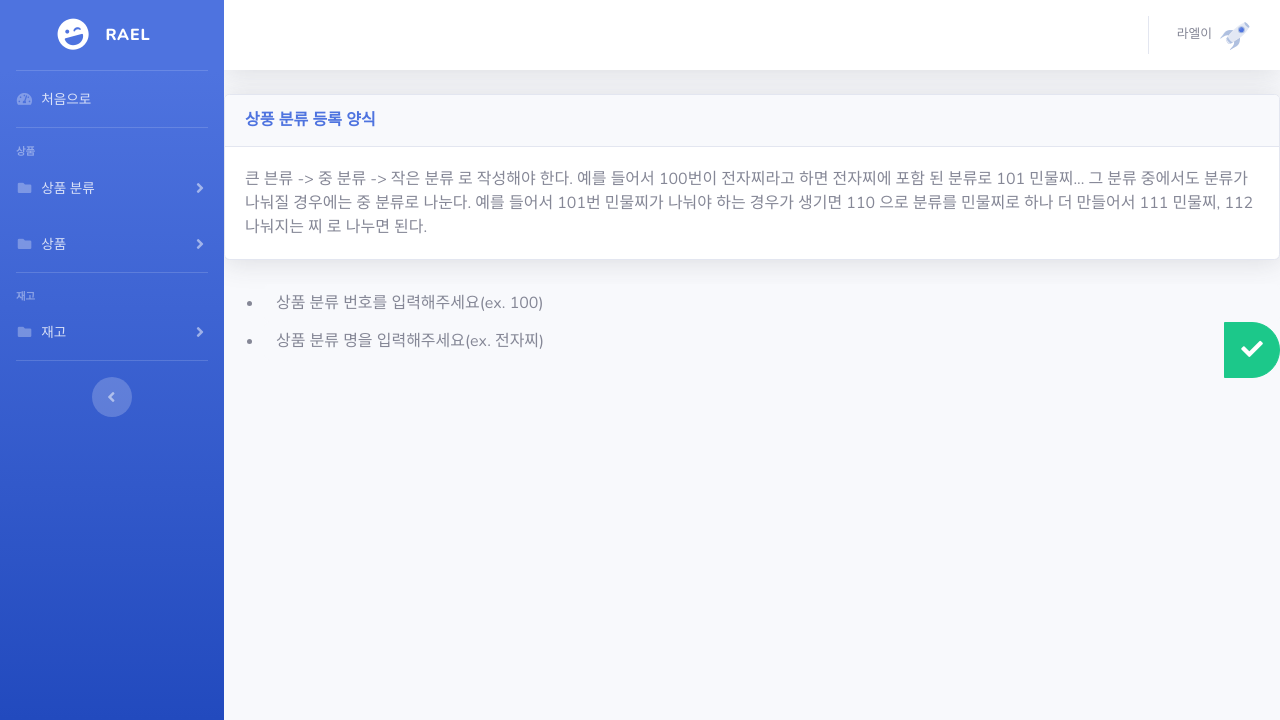
Repository: sww232/springRaelProject
Page: http://localhost/rael/WEB-INF/views/product/category_insert.jsp
These files come from the project's save history. The page is drawn as it stood at one moment and after the next save; the edit follows.
The browser window is 1280 px wide. The pictures show the whole page.
The page is served by Tomcat 9. Nobody is signed in. Other server files are loaded and not shown. The template is opened directly, without the code that normally fills it, so the values that code supplies are empty.

Above is the page before, as saved 2022-10-06 18:42:18.

### raelproject3/rael/src/main/webapp/WEB-INF/views/product/category_insert.jsp
<%@ page language="java" contentType="text/html; charset=UTF-8" pageEncoding="UTF-8"%>
<%@ taglib uri="http://java.sun.com/jsp/jstl/core" prefix="c" %>
<%@ taglib prefix="sql" uri="http://java.sun.com/jsp/jstl/sql" %>
<%@ taglib prefix="fmt" uri="http://java.sun.com/jsp/jstl/fmt" %>
<!DOCTYPE html>
<html>
<head>
	    <meta name="viewport" content="width=device-width, initial-scale=1, shrink-to-fit=no">
	    <meta name="description" content="">
	    <meta name="author" content="">
	    <meta charset="UTF-8">
			<title>메인</title>

		<link href="/vendor/fontawesome-free/css/all.min.css" rel="stylesheet" type="text/css">
	    <link
	        href="https://fonts.googleapis.com/css?family=Nunito:200,200i,300,300i,400,400i,600,600i,700,700i,800,800i,900,900i"
	        rel="stylesheet">

	    <!-- Custom styles for this template -->
	    <link href="/css/sb-admin-2.min.css" rel="stylesheet">
	    <script src="/vendor/jquery/jquery.min.js"></script>
	    <script src="/vendor/bootstrap/js/bootstrap.bundle.min.js"></script>

	    <!-- Core plugin JavaScript-->
	    <script src="/vendor/jquery-easing/jquery.easing.min.js"></script>

	    <!-- Custom scripts for all pages-->
	    <script src="/js/sb-admin-2.min.js"></script>

	    <!-- Page level plugins -->
	    <script src="/vendor/datatables/jquery.dataTables.min.js"></script>
	    <script src="/vendor/datatables/dataTables.bootstrap4.min.js"></script>

	    <!-- Page level custom scripts -->
	    <script src="/js/demo/datatables-demo.js"></script>

	    <!-- Custom styles for this page -->
	    <link href="/vendor/datatables/dataTables.bootstrap4.min.css" rel="stylesheet">

	</head>
	<body id="page-top">
	<form>
		<div class="modal fade" id="moaModal1" tabindex="-1" role="dialog" aria-labelledby="exampleModalLabel" aria-hidden="true">

			<div class="modal-dialog" role="document">
				<div class="modal-content">
					<div class="modal-header">
						<h5 class="modal-title" id="exampleModalLabel">상품 등록을 위한 카테고리 선택</h5>
						<button class="close" type="button" data-dismiss="modal" aria-label="Close">
							<span aria-hidden="true">x</span>
						</button>
						</div>
						<div class="modal-body">
							<select name="categoryBox1" id="categoryBox1">
								<option value="defaultValue" selected></option>
								<c:forEach var="list" items="${categorynums}">
									<option value="${list}">
										${list}
									</option>
								</c:forEach>
							</select>
						</div>
					<div class="modal-footer">
						<button class="btn btn-primary" type="button" data-dismiss="modal">Cancel</button>
						<button class="btn btn-primary" type="submit" formaction="/product/product_insert">Choice</button>
					</div>
				</div>
			</div>
		</div>
		<div class="modal fade" id="moaModal2" tabindex="-1" role="dialog" aria-labelledby="exampleModalLabel" aria-hidden="true">

			<div class="modal-dialog" role="document">
				<div class="modal-content">
					<div class="modal-header">
						<h5 class="modal-title" id="exampleModalLabel">상품 추가 등록을 위한 카테고리 선택</h5>
						<button class="close" type="button" data-dismiss="modal" aria-label="Close">
							<span aria-hidden="true">x</span>
						</button>
						</div>
						<div class="modal-body">
							<select name="categoryBox2" id="categoryBox2">
								<option value="defaultValue" selected></option>
								<c:forEach var="list" items="${categorynums}">
									<option value="${list}">
										${list}
									</option>
								</c:forEach>
							</select>
						</div>
					<div class="modal-footer">
						<button class="btn btn-primary" type="button" data-dismiss="modal">Cancel</button>
						<button class="btn btn-primary" type="submit" formaction="/product/product_insert_detail">Choice</button>
					</div>
				</div>
			</div>
		</div>
		<div class="modal fade" id="moaModal3" tabindex="-1" role="dialog" aria-labelledby="exampleModalLabel" aria-hidden="true">

			<div class="modal-dialog" role="document">
				<div class="modal-content">
					<div class="modal-header">
						<h5 class="modal-title" id="exampleModalLabel">상품명/상세정보 수정을 위한 카테고리 선택</h5>
						<button class="close" type="button" data-dismiss="modal" aria-label="Close">
							<span aria-hidden="true">x</span>
						</button>
						</div>
						<div class="modal-body">
							<select name="categoryBox3" id="categoryBox3">
								<option value="defaultValue" selected></option>
								<c:forEach var="list" items="${categorynums}">
									<option value="${list}">
										${list}
									</option>
								</c:forEach>
							</select>
						</div>
					<div class="modal-footer">
						<button class="btn btn-primary" type="button" data-dismiss="modal">Cancel</button>
						<button class="btn btn-primary" type="submit" formaction="/product/product_update">Choice</button>
					</div>
				</div>
			</div>
		</div>
	</form>
	<div id="wrapper">
		 <ul class="navbar-nav bg-gradient-primary sidebar sidebar-dark accordion" id="accordionSidebar">

            <!-- Sidebar - Brand -->
            <a class="sidebar-brand d-flex align-items-center justify-content-center" href="/">
                <div class="sidebar-brand-icon rotate-n-15">
                    <i class="fas fa-laugh-wink"></i>
                </div>
                <div class="sidebar-brand-text mx-3">RAEL</div>
            </a>

            <!-- Divider -->
            <hr class="sidebar-divider my-0">

            <!-- Nav Item - Dashboard -->
            <li class="nav-item">
                <a class="nav-link" href="/">
                    <i class="fas fa-fw fa-tachometer-alt"></i>
                    <span>처음으로</span></a>
            </li>

            <!-- Divider -->
            <hr class="sidebar-divider">

            <!-- Heading -->
            <div class="sidebar-heading">
                상품
            </div>

            <!-- Nav Item - Pages Collapse Menu -->
            <li class="nav-item">
                <a class="nav-link collapsed" href="#" data-toggle="collapse" data-target="#collapseTwo"
                    aria-expanded="true" aria-controls="collapseTwo">
                    <i class="fas fa-fw fa-folder"></i>
                    <span>상품 분류</span>
                </a>
                <div id="collapseTwo" class="collapse" aria-labelledby="headingTwo" data-parent="#accordionSidebar">
                    <div class="bg-white py-2 collapse-inner rounded">
                        <h6 class="collapse-header">상풍 분류 탭</h6>
                        <a class="collapse-item" href="/product/category_select?page=1&recordSize=10&pageSize=10">상품 분류 조회</a>
                        <a class="collapse-item" href="/product/category_insert?insertresult=0">상품 분류 등록</a>
                        <a class="collapse-item" href="/product/category_update">상품 분류 수정</a>
                    </div>
                </div>
            </li>

            <!-- Nav Item - Utilities Collapse Menu -->
            <li class="nav-item">
                <a class="nav-link collapsed" href="#" data-toggle="collapse" data-target="#collapseUtilities"
                    aria-expanded="true" aria-controls="collapseUtilities">
                    <i class="fas fa-fw fa-folder"></i>
                    <span>상품</span>
                </a>
                <div id="collapseUtilities" class="collapse" aria-labelledby="headingUtilities"
                    data-parent="#accordionSidebar">
                    <div class="bg-white py-2 collapse-inner rounded">
                        <h6 class="collapse-header">상품 탭</h6>
                        <a class="collapse-item" href="/product/all_select?page=1&recordSize=10&pageSize=10">상품 조회</a>
                        <a class="collapse-item" href="#" data-toggle="modal" data-target="#moaModal1">
							<i class="fas fa-arrow-right"></i>상품 등록
						</a>
						<a class="collapse-item" href="#" data-toggle="modal" data-target="#moaModal2">
							<i class="fas fa-arrow-right"></i>상품 추가 등록
						</a>
						<a class="collapse-item" href="#" data-toggle="modal" data-target="#moaModal3">
							<i class="fas fa-arrow-right"></i>상품명/상세정보 수정
						</a>
                    </div>
                </div>
            </li>

            <!-- Divider -->
            <hr class="sidebar-divider">

            <!-- Heading -->
            <div class="sidebar-heading">
                재고
            </div>

            <!-- Nav Item - Pages Collapse Menu -->
            <li class="nav-item">
                <a class="nav-link collapsed" href="#" data-toggle="collapse" data-target="#collapsePages"
                    aria-expanded="true" aria-controls="collapsePages">
                    <i class="fas fa-fw fa-folder"></i>
                    <span>재고</span>
                </a>
                <div id="collapsePages" class="collapse" aria-labelledby="headingPages" data-parent="#accordionSidebar">
                    <div class="bg-white py-2 collapse-inner rounded">
                        <h6 class="collapse-header">재고</h6>
                        <a class="collapse-item" href="/stock/stock_select?page=1&recordSize=10&pageSize=10">재고 조회 및 입/출고</a>
                        <div class="collapse-divider"></div>
                        <h6 class="collapse-header">재고 입/출고</h6>
                        <a class="collapse-item" href="/stock/stock_history?page=1&recordSize=10&pageSize=10">내역</a>
                        <a class="collapse-item" href="/stock/stock_history_cancel?page=1&recordSize=10&pageSize=10">취소</a>
                    </div>
                </div>
            </li>

            <!-- Divider -->
            <hr class="sidebar-divider d-none d-md-block">

            <!-- Sidebar Toggler (Sidebar) -->
            <div class="text-center d-none d-md-inline">
                <button class="rounded-circle border-0" id="sidebarToggle"></button>
            </div>

        </ul>

        <!-- End of Sidebar -->

        <!-- Content Wrapper -->
        <div id="content-wrapper" class="d-flex flex-column">

            <!-- Main Content -->
            <div id="content">

                <!-- Topbar -->
                <nav class="navbar navbar-expand navbar-light bg-white topbar mb-4 static-top shadow">

                    <!-- Sidebar Toggle (Topbar) -->
                    <form class="form-inline">
                        <button id="sidebarToggleTop" class="btn btn-link d-md-none rounded-circle mr-3">
                            <i class="fa fa-bars"></i>
                        </button>
                    </form>

                    <!-- Topbar Search
                    <form
                        class="d-none d-sm-inline-block form-inline mr-auto ml-md-3 my-2 my-md-0 mw-100 navbar-search">
                        <div class="input-group">
                            <input type="text" class="form-control bg-light border-0 small" placeholder="Search for..."
                                aria-label="Search" aria-describedby="basic-addon2">
                            <div class="input-group-append">
                                <button class="btn btn-primary" type="button">
                                    <i class="fas fa-search fa-sm"></i>
                                </button>
                            </div>
                        </div>
                    </form>
					-->
                    <!-- Topbar Navbar -->
                    <ul class="navbar-nav ml-auto">

                        <!-- Nav Item - Search Dropdown (Visible Only XS) -->
                        <li class="nav-item dropdown no-arrow d-sm-none">
                            <a class="nav-link dropdown-toggle" href="#" id="searchDropdown" role="button"
                                data-toggle="dropdown" aria-haspopup="true" aria-expanded="false">
                                <i class="fas fa-search fa-fw"></i>
                            </a>
                            <!-- Dropdown - Messages -->
                            <div class="dropdown-menu dropdown-menu-right p-3 shadow animated--grow-in"
                                aria-labelledby="searchDropdown">
                                <form class="form-inline mr-auto w-100 navbar-search">
                                    <div class="input-group">
                                        <input type="text" class="form-control bg-light border-0 small"
                                            placeholder="Search for..." aria-label="Search"
                                            aria-describedby="basic-addon2">
                                        <div class="input-group-append">
                                            <button class="btn btn-primary" type="button">
                                                <i class="fas fa-search fa-sm"></i>
                                            </button>
                                        </div>
                                    </div>
                                </form>
                            </div>
                        </li>
                        <div class="topbar-divider d-none d-sm-block"></div>

                        <!-- Nav Item - User Information -->
                        <li class="nav-item dropdown no-arrow">
                            <a class="nav-link dropdown-toggle" href="#" id="userDropdown" role="button"
                                data-toggle="dropdown" aria-haspopup="true" aria-expanded="false">
                                <span class="mr-2 d-none d-lg-inline text-gray-600 small">라엘이</span>
                                <img class="img-profile rounded-circle"
                                    src="img/undraw_rocket.svg">
                            </a>
                            <!-- Dropdown - User Information -->
                            <div class="dropdown-menu dropdown-menu-right shadow animated--grow-in"
                                aria-labelledby="userDropdown">
                                <div class="dropdown-divider"></div>
                                <a class="dropdown-item" href="#" data-toggle="modal" data-target="#logoutModal">
                                    <i class="fas fa-sign-out-alt fa-sm fa-fw mr-2 text-gray-400"></i>
                                    Logout
                                </a>
                            </div>
                        </li>

                    </ul>

                </nav>
    		<!-- End of Topbar -->

			<div class="card shadow mb-4">
				<div class="card-header py-3 d-flex flex-row align-items-center justify-content-between">
					<h6 class="m-0 font-weight-bold text-primary">상풍 분류 등록 양식</h6>
				</div>
				<div class="card-body">

					큰 븐류 -> 중 분류 -> 작은 분류 로 작성해야 한다.
					예를 들어서 100번이 전자찌라고 하면 전자찌에 포함 된 분류로 101 민물찌...
					그 분류 중에서도 분류가 나눠질 경우에는 중 분류로 나눈다.
					예를 들어서 101번 민물찌가 나눠야 하는 경우가 생기면
					110 으로 분류를 민물찌로 하나 더 만들어서
					111 민물찌, 112 나눠지는 찌 로 나누면 된다.

				</div>
			</div>


			<form method="POST" action="/product/category_insert/INSERT">
				<ul>
					<li>
						<div class="input-group">
							<input type="text" class="form-control bg-light border-0 small" name="productcategory num" placeholder="상품 분류 번호를 입력해주세요(ex. 100)">
						</div>
					</li>
					<li>
						<div class="input-group">
							<input type="text" class="form-control bg-light border-0 small" name="productcategory name" placeholder="상품 분류 명을 입력해주세요(ex. 전자찌)">
							<div class="input-group-append">
                                <button type="submit" class="btn btn-success btn-circle btn-lg">
									<i class="fas fa-check"></i>
								</button>
                            </div>
						</div>
					</li>
				</ul>
			</form>

			<c:if test="${insertresult == 1}">
				<script type="text/javascript">
					alert("성공적으로 등록 하였습니다.");
				</script>
			</c:if>
    	</div>

	</div>
</body>
</html>

### raelproject3/rael/src/main/resources/static/img/undraw_rocket.svg
<?xml version="1.0" encoding="utf-8"?>
<!-- Generator: Adobe Illustrator 25.0.0, SVG Export Plug-In . SVG Version: 6.00 Build 0)  -->
<svg version="1.1" id="b759170a-51c3-4e2f-999d-77dec9fd6d11"
	 xmlns="http://www.w3.org/2000/svg" xmlns:xlink="http://www.w3.org/1999/xlink" x="0px" y="0px" viewBox="0 0 650.9 610.5"
	 style="enable-background:new 0 0 650.9 610.5;" xml:space="preserve">
<style type="text/css">
	.st0{fill:#AFC0E0;}
	.st1{opacity:0.2;fill:#FFFFFF;enable-background:new    ;}
	.st2{opacity:0.1;enable-background:new    ;}
	.st3{fill:#E3E8F4;}
	.st4{fill:#4E73DF;}
</style>
<path class="st0" d="M174,321c-2-1.6-4.2-3-6.6-4.2c-51.8-26.2-157,67.8-157,67.8L0,372.7c0,0,42.1-43.8,92.4-117.3
	c45.2-66.1,150.7-51.8,171.4-48.3c2.3,0.4,3.6,0.7,3.6,0.7C298.7,288.3,174,321,174,321z"/>
<path class="st1" d="M269.4,213.9c-0.6-2-1.3-4-2-6c0,0-1.2-0.2-3.6-0.7c-20.7-3.5-126.2-17.8-171.4,48.3C42.1,329,0,372.7,0,372.7
	l5.9,6.7c0,0,42.1-43.8,92.4-117.3C143.3,196.3,248,210.2,269.4,213.9z"/>
<path class="st0" d="M337.7,533.4c-79.2,40.8-127.8,77.1-127.8,77.1l-10.5-11.9c0,0,111.1-96.8,85.3-150.9c-0.5-1.2-1.2-2.3-1.9-3.4
	c0,0,47.9-119.6,123.9-78.5c0,0,0.1,1,0.2,2.9C407.8,387.8,409.7,496.3,337.7,533.4z"/>
<path class="st2" d="M174,321c-2-1.6-4.2-3-6.6-4.2c29.3-38.9,61.5-75.5,96.3-109.7c2.3,0.4,3.6,0.7,3.6,0.7
	C298.7,288.3,174,321,174,321z"/>
<path class="st2" d="M406.9,368.6c-38.6,29.6-79.4,56.1-122.3,79.1c-0.5-1.2-1.2-2.3-1.9-3.4c0,0,47.9-119.6,123.9-78.5
	C406.7,365.7,406.8,366.7,406.9,368.6z"/>
<path class="st3" d="M263.6,455.5c-20.3,10.4-41.6,20.5-64,30.2c-33.6,14.6-51.5-2.2-80.7-91.5c0,0,12.5-22.5,37.2-57
	c54.3-75.8,167.5-209.1,336.1-286.7C542.7,27.1,596.1,10.1,650.9,0c0,0-9.1,68.8-62,160.1S439.1,365.3,263.6,455.5z"/>
<circle class="st0" cx="435.6" cy="199.7" r="71.6"/>
<path class="st4" d="M469.2,237.9c-21,18.6-53.1,16.6-71.7-4.5c-7.8-8.8-12.2-20-12.7-31.8c-0.2-4.7,0.3-9.4,1.4-14
	c0.5-2,1.1-4.1,1.9-6c2.9-7.7,7.7-14.5,13.8-19.9c0.3-0.3,0.6-0.5,0.9-0.8c17.1-14.4,41.5-15.9,60.3-3.8c3.5,2.3,6.7,4.9,9.5,7.9
	l1,1.1C492.2,187.2,490.2,219.3,469.2,237.9C469.2,237.8,469.2,237.9,469.2,237.9z"/>
<path class="st0" d="M588.9,160.1c-83-35.2-96.8-109.6-96.8-109.6C542.7,27,596.1,10.1,650.9,0C650.9,0,641.8,68.8,588.9,160.1z"/>
<path class="st0" d="M263.6,455.5c-13.7,7.1-27.9,13.9-42.6,20.7c-7,3.2-14.1,6.4-21.4,9.5c-10.9,4.7-51.5-2.2-80.7-91.5
	c0,0,4.1-7.3,12.1-20c6.1-9.6,14.5-22.2,25.1-37c0,0,11,33.2,41.1,67.3C215.8,425.7,238.4,443,263.6,455.5z"/>
<path class="st3" d="M221,476.2c-7,3.2-14.1,6.4-21.4,9.5c-10.9,4.7-51.5-2.2-80.7-91.5c0,0,4.1-7.3,12.1-20
	C131,374.2,170.2,456.9,221,476.2z"/>
<path class="st1" d="M463.2,157l-0.1,0l-60.1,3.9c-0.3,0.3-0.6,0.5-0.9,0.8c-6.2,5.4-10.9,12.3-13.8,19.9l84.5-16.6L463.2,157z"/>
<path class="st1" d="M438.8,194.3l-53.9,7.3c-0.2-4.7,0.3-9.4,1.4-14l52.8,1.4L438.8,194.3z"/>
<path class="st1" d="M131.7,408.7c0,0,12.5-22.5,37.2-57C223.2,276,336.4,142.7,504.9,65c45.6-21.1,93.3-36.9,142.5-47.3
	C650.1,6.4,650.9,0,650.9,0c-54.8,10.1-108.2,27-158.7,50.5c-168.6,77.7-281.8,211-336.1,286.7c-24.7,34.4-37.2,57-37.2,57
	c11.5,35.3,26.6,57,40.5,70.3C149.4,451.4,139.7,433.3,131.7,408.7z"/>
</svg>

Loaded but not shown: raelproject3/rael/src/main/resources/static/css/sb-admin-2.min.css (library); raelproject3/rael/src/main/resources/static/js/sb-admin-2.min.js (common file); raelproject3/rael/src/main/resources/static/js/demo/datatables-demo.js (common file)

After the next save:
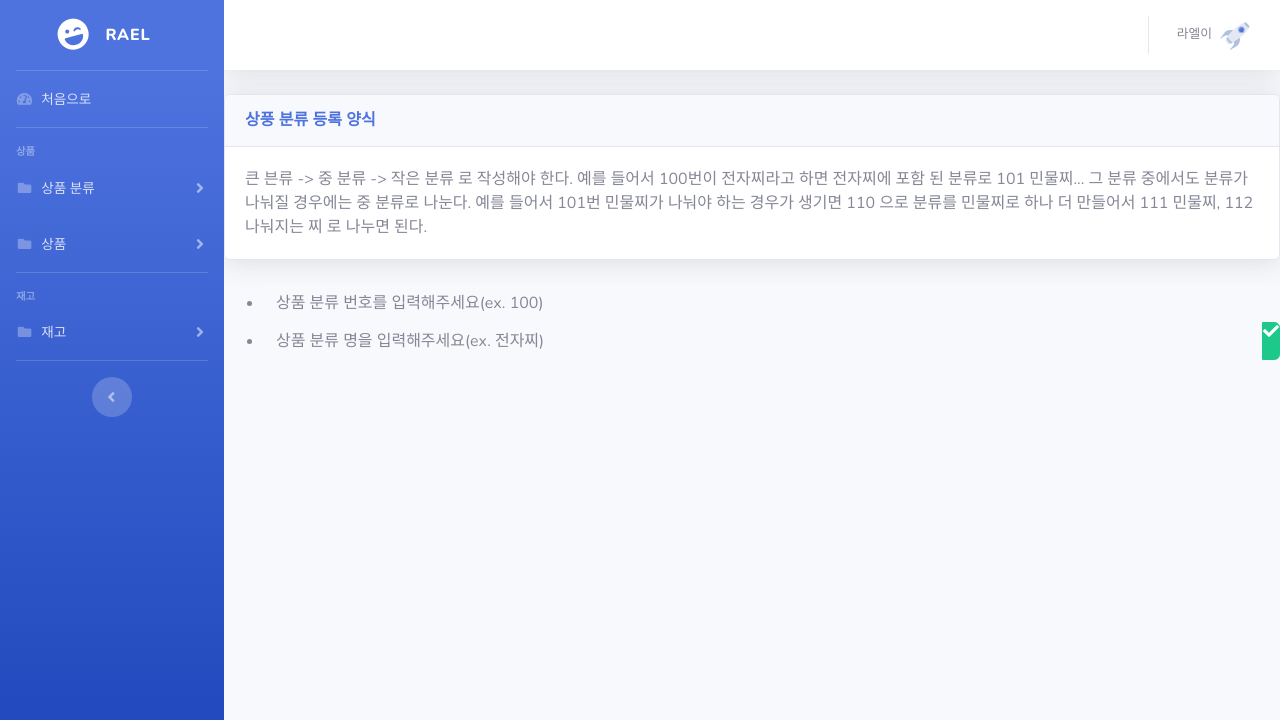
Saved 4 min 36 s later.
--- a/raelproject3/rael/src/main/webapp/WEB-INF/views/product/category_insert.jsp
+++ b/raelproject3/rael/src/main/webapp/WEB-INF/views/product/category_insert.jsp
@@ -342,7 +342,7 @@
 						<div class="input-group">
 							<input type="text" class="form-control bg-light border-0 small" name="productcategory name" placeholder="상품 분류 명을 입력해주세요(ex. 전자찌)">
 							<div class="input-group-append">
-                                <button type="submit" class="btn btn-success btn-circle btn-lg">
+                                <button type="submit" class="btn btn-success btn-icon-split">
 									<i class="fas fa-check"></i>
 								</button>
                             </div>
